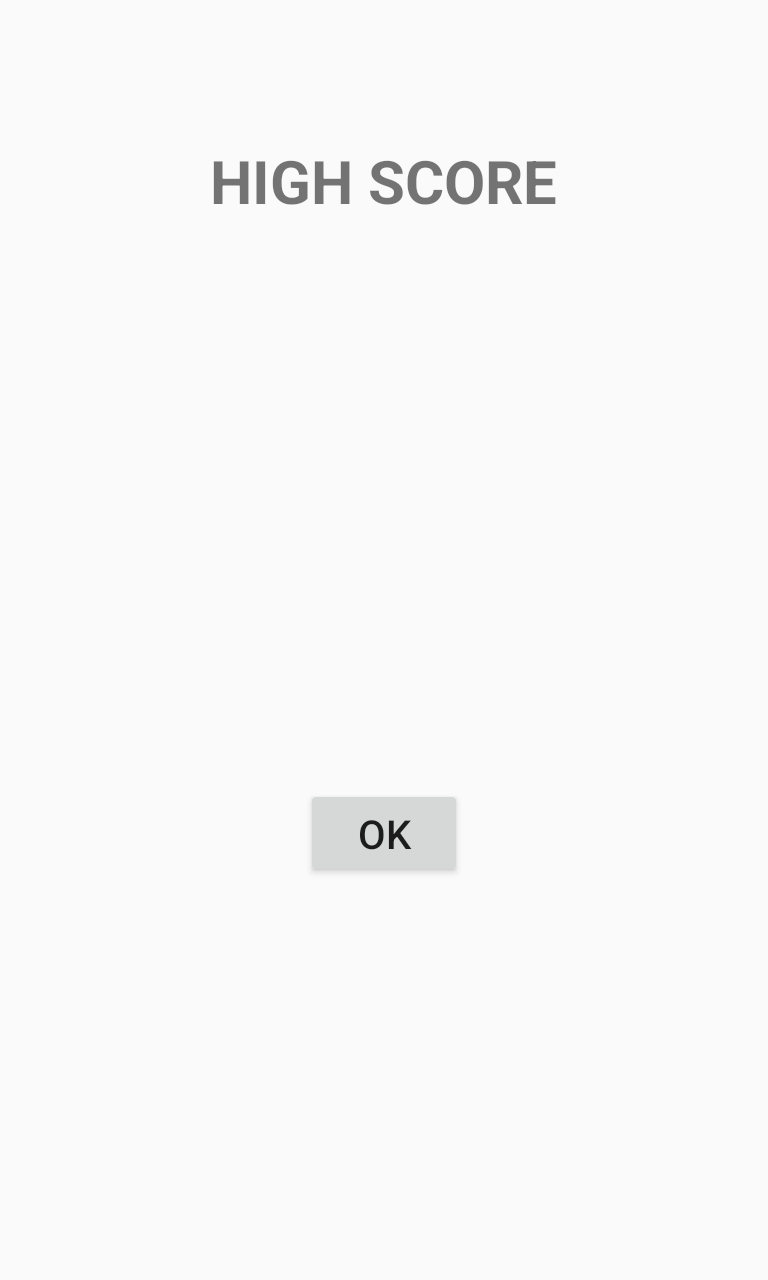
Repository: JoanneCaroll/Mathbomb
Layout: MathBomb/res/layout/activity_highscore.xml
The author's editor kept a copy of each file at every save. The layout is drawn from the files as they stood at one save, then again after the next save.
It is drawn on a 768 x 1280 px phone screen (xhdpi) without system bars, with theme AppTheme; the app's code is not run.

Above is the layout before, as saved 2014-11-13 04:49:38.

After the next save:
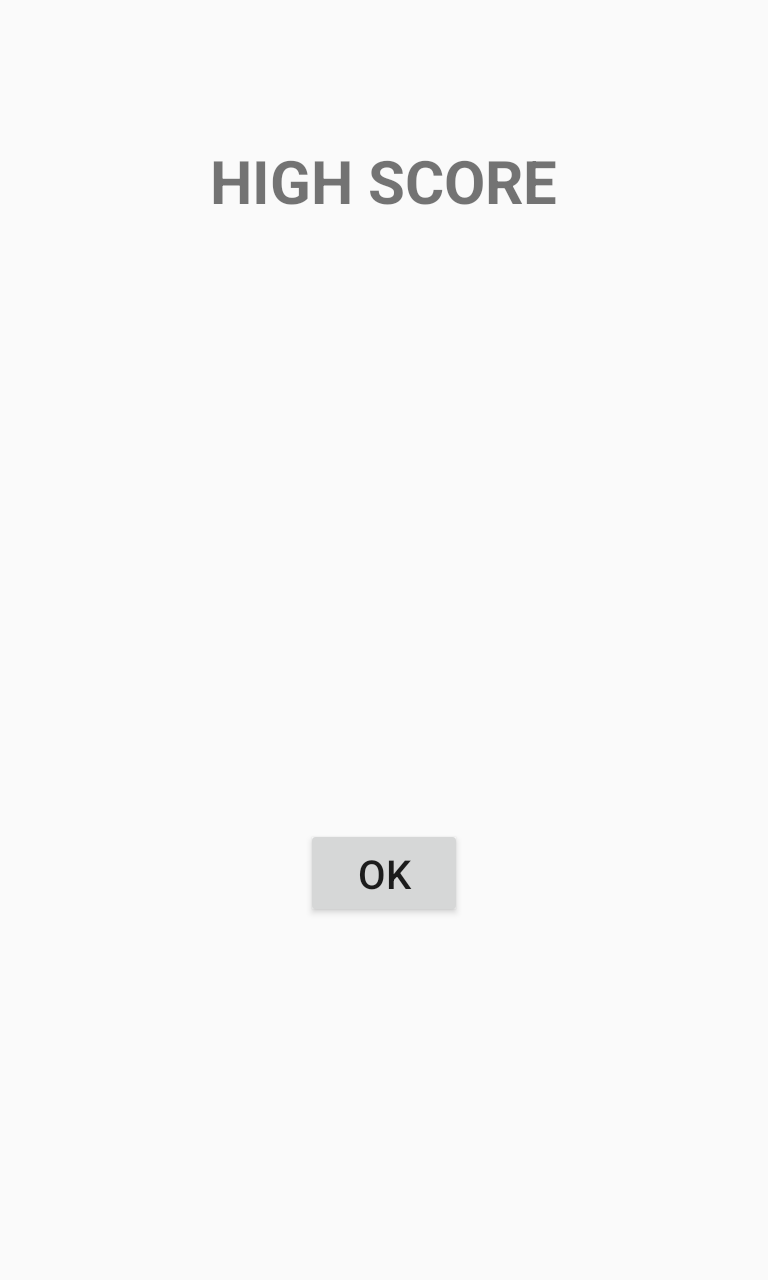
Saved 27 s later.
--- a/MathBomb/res/layout/activity_highscore.xml
+++ b/MathBomb/res/layout/activity_highscore.xml
@@ -90,7 +90,7 @@
         android:layout_height="wrap_content"
         android:orientation="horizontal"
         android:gravity="center"
-        android:paddingBottom="10dp" >
+        android:paddingBottom="30dp" >
 
         <TextView
             android:id="@+id/hardscore"
